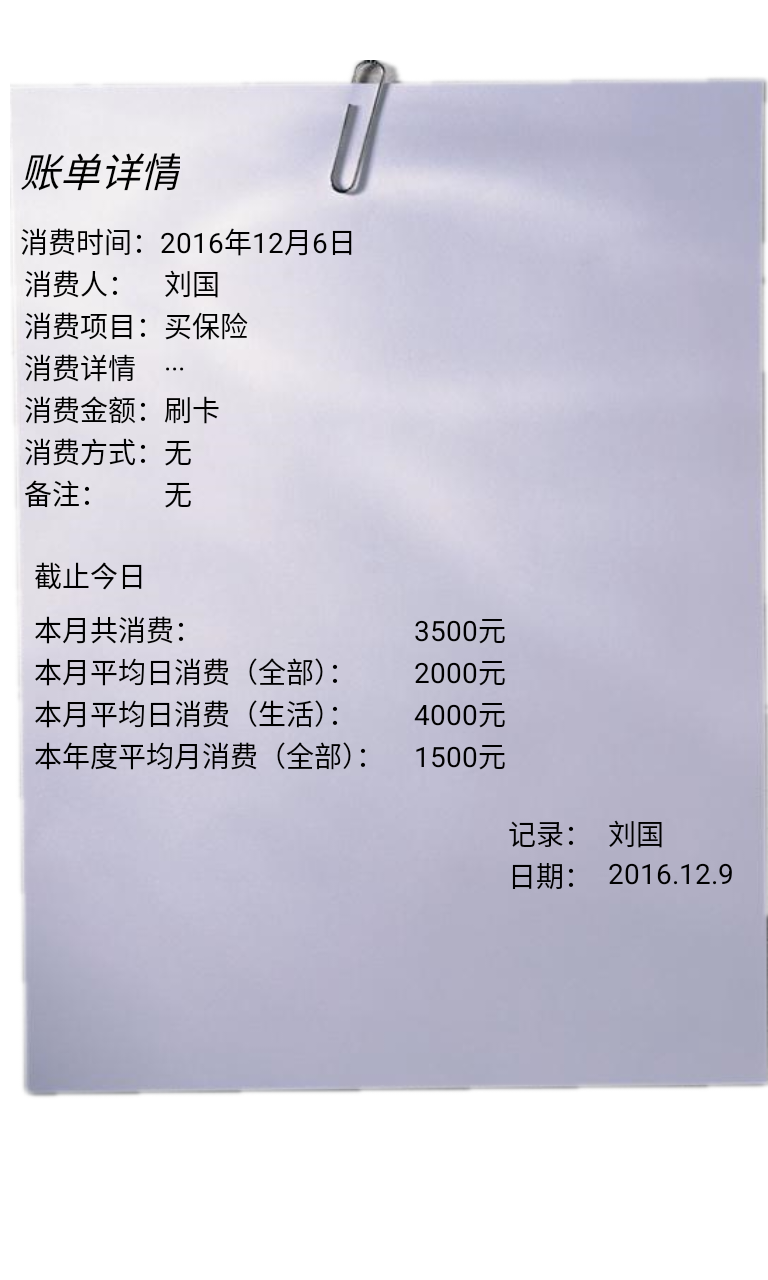
Repository: MySixGad/MyBill
Layout: Bill/Bill/res/layout/activity_detailed.xml
These files come from the project's save history. The layout is drawn as it stood at one moment and after the next save; the edit follows.
It is drawn on a 768 x 1280 px phone screen (xhdpi) without system bars, with theme android:Theme.Translucent; the app's code is not run.

Above is the layout before, as saved 2016-12-13 05:04:41.

After the next save:
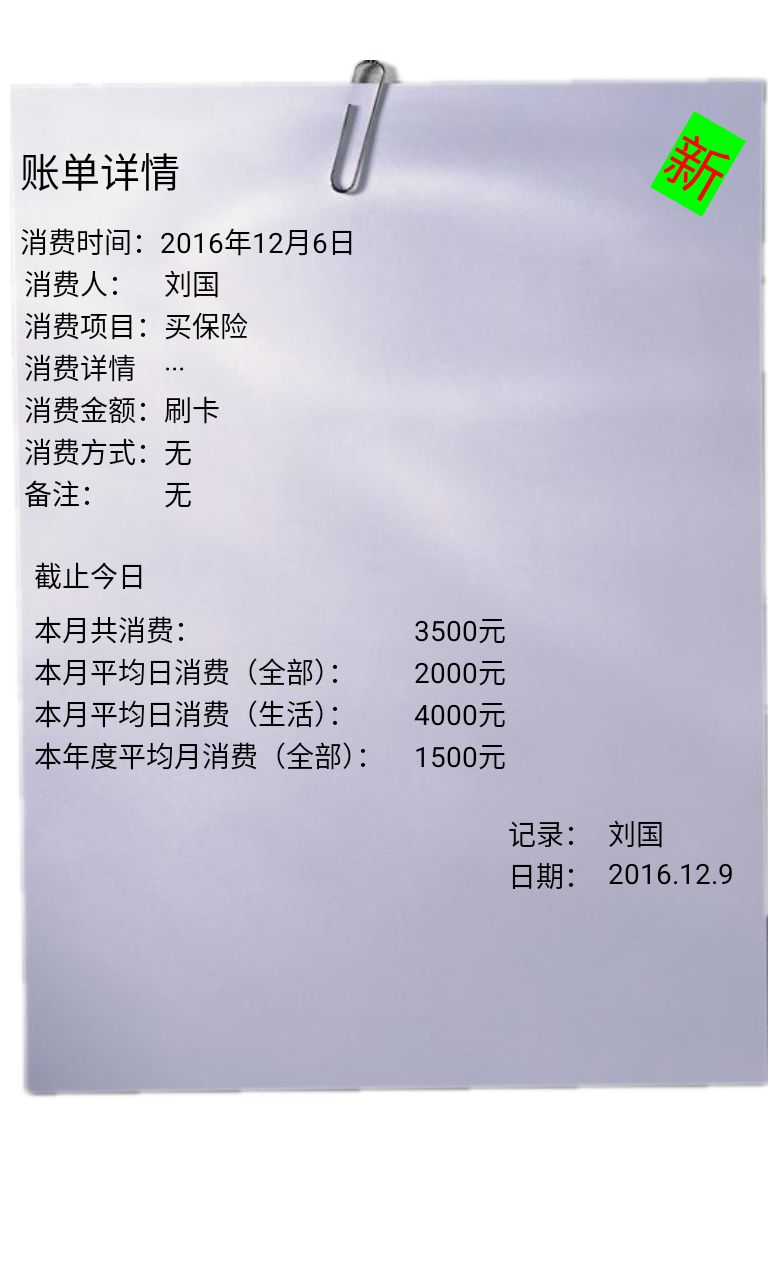
Saved 9 min 33 s later.
--- a/Bill/Bill/res/layout/activity_detailed.xml
+++ b/Bill/Bill/res/layout/activity_detailed.xml
@@ -11,11 +11,23 @@
 
         <RelativeLayout
             android:layout_width="match_parent"
-            android:layout_height="match_parent"
+            android:layout_height="wrap_content"
             android:layout_centerVertical="true"
             android:layout_marginLeft="5dp"
             android:layout_marginTop="30dp"
             android:background="@drawable/back" >
+
+            <TextView
+                android:layout_width="wrap_content"
+                android:layout_height="wrap_content"
+                android:layout_alignParentRight="true"
+                android:layout_marginRight="20dp"
+                android:layout_marginTop="30dp"
+                android:text="新"
+                android:rotation="30f"
+                android:background="#0f0"
+                android:textColor="#f00"
+                android:textSize="30dp" />
 
             <RelativeLayout
                 android:id="@+id/shang"
@@ -31,8 +43,7 @@
                     android:layout_marginTop="20dp"
                     android:text="账单详情"
                     android:textColor="#000"
-                    android:textSize="20sp"
-                    android:textStyle="italic" />
+                    android:textSize="20sp" />
 
                 <!-- 第一行 -->
 
@@ -175,8 +186,6 @@
                             android:textColor="#000" />
                     </LinearLayout>
 
-
-
                     <LinearLayout
                         android:layout_width="match_parent"
                         android:layout_height="wrap_content"
@@ -369,12 +378,7 @@
                     </RelativeLayout>
                 </LinearLayout>
             </RelativeLayout>
-
-
-
         </RelativeLayout>
-
-
     </ScrollView>
 
 </RelativeLayout>
